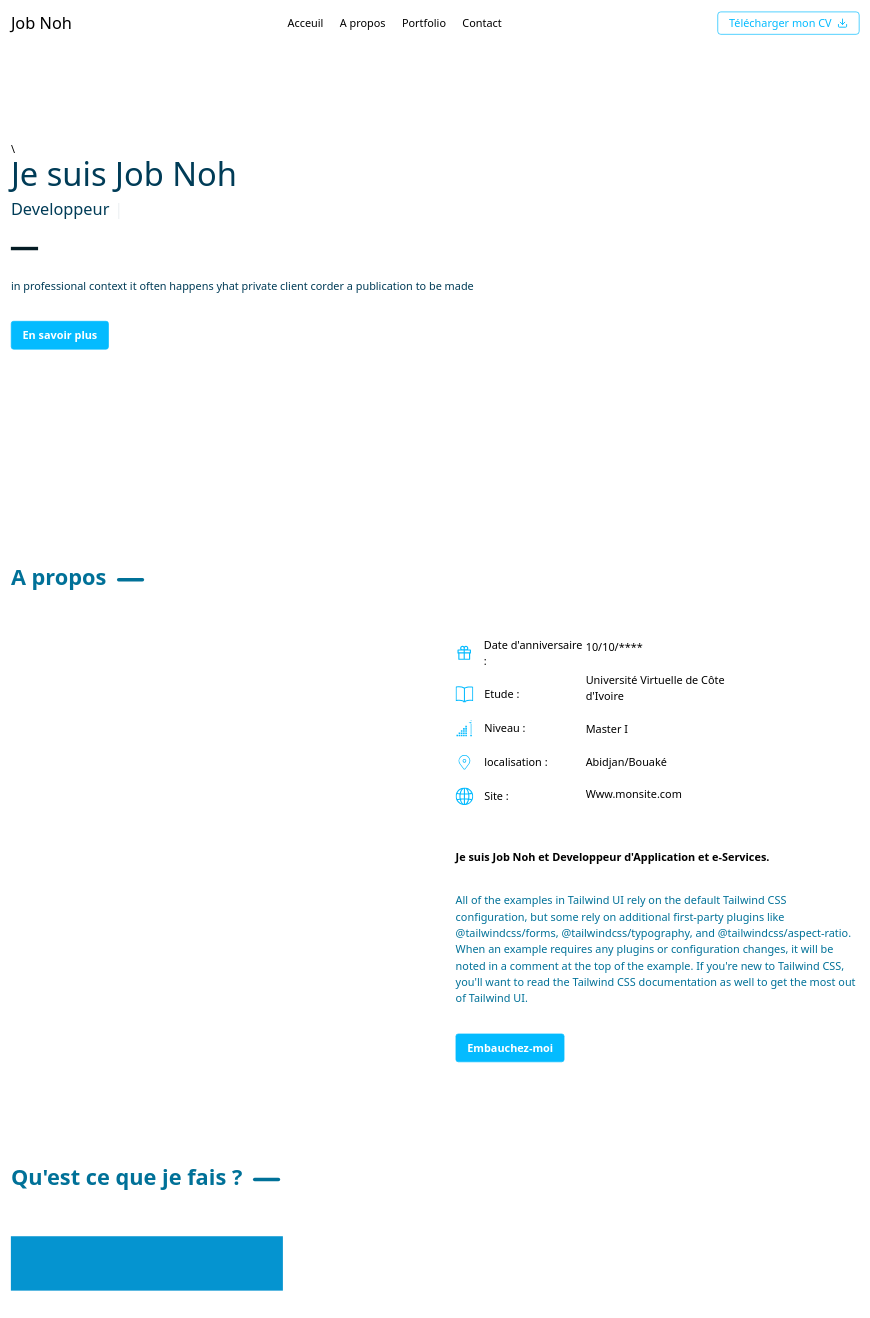
Repository: anoy1010/Nextportfolio
Page: /
An editor plug-in stored every save of this project. The page is shown before and after the next save, followed by the edit.
The browser window is 1280 px wide. The pictures show the whole page, at 68% of full size.
Backgrounds fixed to the window are drawn as part of the page. The project was rebuilt for these pictures with package versions that can differ from the ones it lists, and the page was loaded fresh each time. The framework's server and built-in components were replaced by stand-ins that run in the browser. Also part of the build but not shown: next.config.js, styles/Home.module.css.

Above is the page before, as saved 2023-03-06 18:21:25.

After the next save:
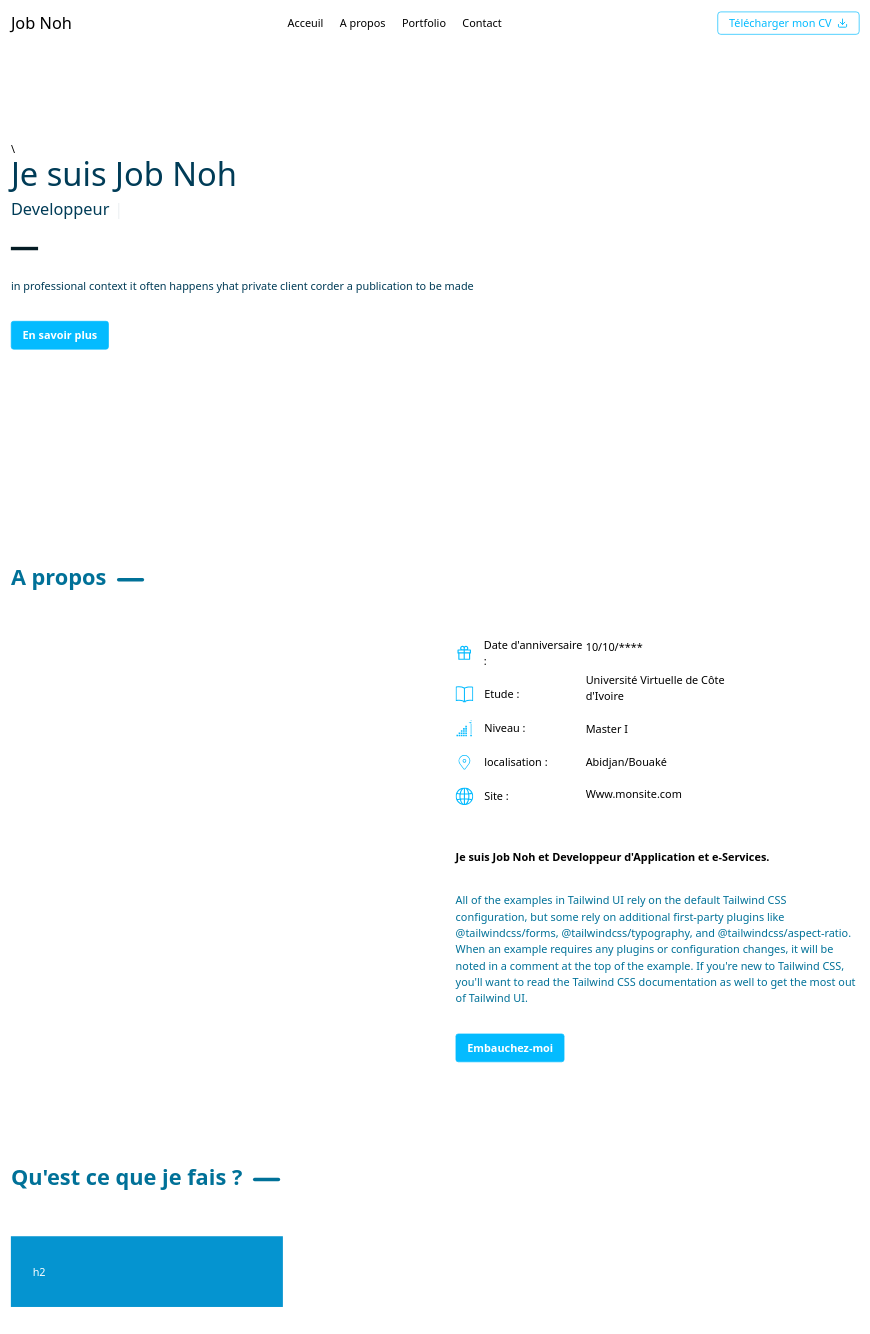
Saved 33 s later.
--- a/components/WhatIDo.js
+++ b/components/WhatIDo.js
@@ -7,7 +7,7 @@
         <Heading title="Qu'est ce que je fais ?"/>
         <div className='grid grid-cols-1  md:grid-cols-3 gap-6'>
             <div className='Shadow-lgf flex flex-col gap-4 px-8 py-10 bg-[#0594d0] text-white'>
-
+                h2
 
             </div>
 

After the save that followed:
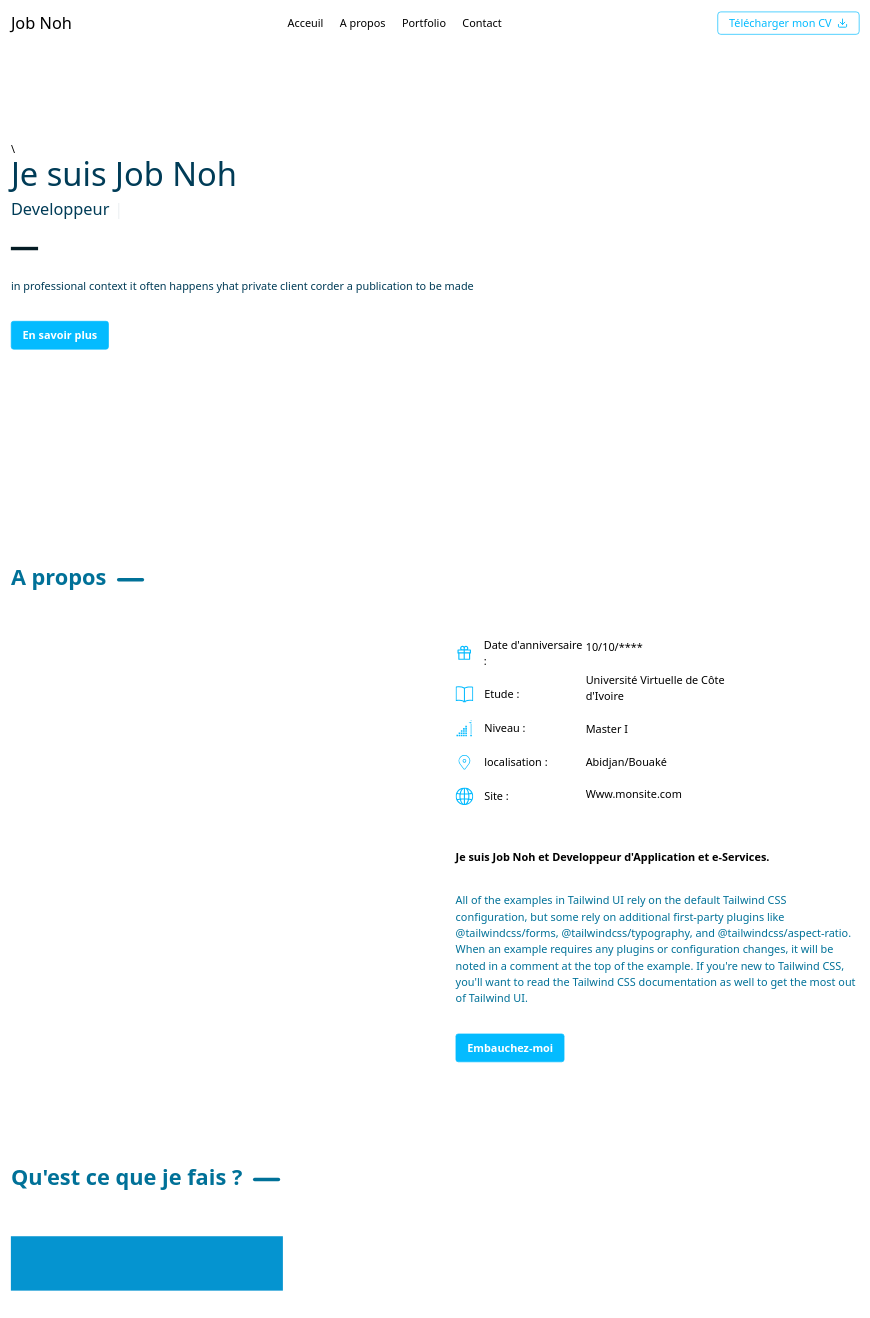
Saved 5 s later.
--- a/components/WhatIDo.js
+++ b/components/WhatIDo.js
@@ -7,7 +7,7 @@
         <Heading title="Qu'est ce que je fais ?"/>
         <div className='grid grid-cols-1  md:grid-cols-3 gap-6'>
             <div className='Shadow-lgf flex flex-col gap-4 px-8 py-10 bg-[#0594d0] text-white'>
-                h2
+                <h2></h2>
 
             </div>
 
